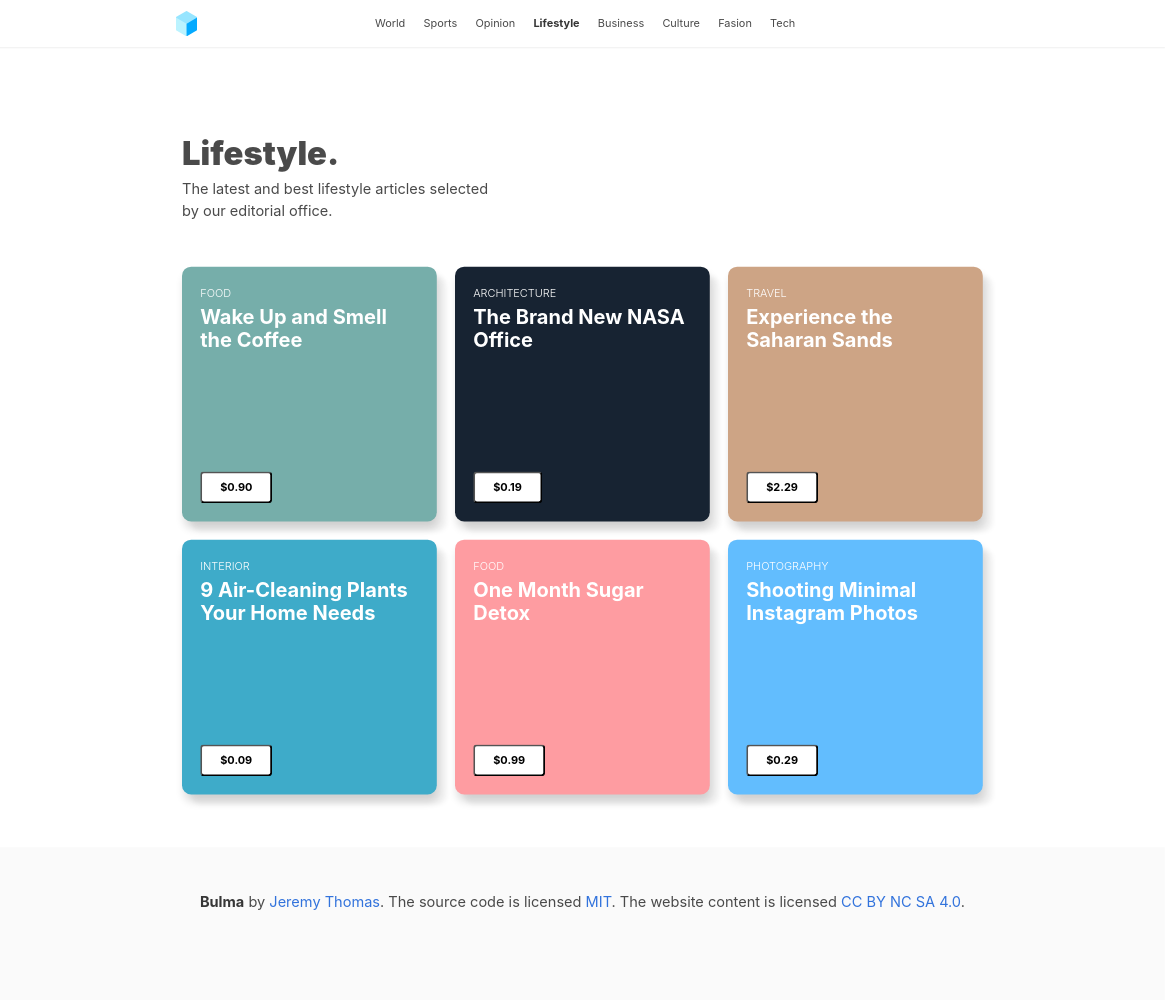
Repository: DOODpls/js_ass1
Page: index.html
These files come from the project's save history. The page is drawn as it stood at one moment and after a run of saves; the edit follows.
The browser window is 1280 px wide. The pictures show the whole page, at 91% of full size.

Above is the page before, as saved 2019-11-22 18:55:05.

### index.html
<!DOCTYPE html>
<html>
<head>
    <title></title>
    <link rel="stylesheet" href="https://cdnjs.cloudflare.com/ajax/libs/bulma/0.7.5/css/bulma.min.css" integrity="sha256-vK3UTo/8wHbaUn+dTQD0X6dzidqc5l7gczvH+Bnowwk=" crossorigin="anonymous" />
    <link rel="stylesheet" type="text/css" href="./styles.css">
</head>
<body>

    <nav class="navbar">
        <div class="container">
            <div class="logo"></div>
            <ul>
                <li>World</li>
                <li>Sports</li>
                <li>Opinion</li>
                <li><strong>Lifestyle</strong></li>
                <li>Business</li>
                <li>Culture</li>
                <li>Fasion</li>
                <li>Tech</li>
            </ul>
            <span class="icon">
              <i class="ion-ionic" style='color: black; background: black;'></i>
            </span>
        </div>
    </nav>

    <section class="section">
        <div class="container">
            <div style='margin: 40px 10px 40px'>
                <h1>Lifestyle.</h1>
                <p>The latest and best lifestyle articles selected<br/>
                    by our editorial office.
                </p>
            </div>
        </div>
        <div class="container">
            <div class='card-row' id='content'></div>
        </div>
    </section>

    <footer class="footer">
        <div class="content has-text-centered">
            <p>
                <strong>Bulma</strong> by <a href="https://jgthms.com">Jeremy Thomas</a>. The source code is licensed
                <a href="http://opensource.org/licenses/mit-license.php">MIT</a>. The website content
                is licensed <a href="http://creativecommons.org/licenses/by-nc-sa/4.0/">CC BY NC SA 4.0</a>.
            </p>
        </div>
    </footer>

    <script type="text/javascript" src='./app.js'></script>
</body>
</html>

### styles.css
/* - - - - - - - - - - - - - - - - - - - - - - - - - - - - - -
GENERAL
- - - - - - - - - - - - - - - - - - - - - - - - - - - - - - */
h1 {
    font-size: 36px;
    font-weight: 900;
}

.container {
    max-width: 900px;
}

/* - - - - - - - - - - - - - - - - - - - - - - - - - - - - - -
NAV
- - - - - - - - - - - - - - - - - - - - - - - - - - - - - - */
nav {
    border-bottom: 1px solid #ededed;
}

.navbar > .container {
    display: flex;
    align-items: center;
    justify-content: space-between;
}

nav .container ul {
    display: flex;
}

nav .container ul li {
    margin: 0 10px;
    font-size: 12px;
}

.logo {
    background: url('./img/logo.svg');
    background-size: 24px;
    background-position: center;
    background-repeat: no-repeat;

    height: 30px;
    width: 30px;
}

@media (max-width: 600px) {
    nav .container {
        padding: 0 30px;
    }

    nav .container ul {
        display: none;
    }
}

/* TILES */
.card-row {
    display: flex;
    flex-wrap: wrap;
}

.card {
    height: 280px;
    border-radius: 10px;
    background: rgba(23, 35, 50, 1);
    flex: 1 230px;
    margin: 10px;
    padding: 20px;
    position: relative;
    box-shadow: 2px 8px 9px 0px rgba(0, 0, 0, 0.14),
        11px 11px 6px rgba(0, 0, 0, 0.05);
}

.card .buy-button {
    position: absolute;
    bottom: 20px;
    left: 20px;
    background: white;
    color: black;
    border-radius: 4px;
    padding: 8px 20px;
    font-size: 12px;
    font-weight: 700;
}

.card .topic {
    color: white;
    font-weight: 300;
    font-size: 12px;
    text-transform: uppercase;
    margin-bottom: 5px;
}
.card .title {
    color: white;
    font-weight: 700;
    font-size: 22px;
}

### app.js
const green = 'rgba(118,174, 170, 1)'
const black = 'rgba(23,35, 50, 1)'
const brown = 'rgba(205,164, 133, 1)'
const greenblue = 'rgba(62,171, 201, 1)'
const pink = 'rgba(254,156, 161, 1)'
const blue = 'rgba(98,189, 254, 1)'

const data = [
    {
        topic: 'Food',
        title: 'Wake Up and Smell the Coffee',
        price: '$0.90',
        color: green
    },
    {
        topic: 'Architecture',
        title: 'The Brand New NASA Office',
        price: '$0.19',
        color: black
    },
    {
        topic: 'Travel',
        title: 'Experience the Saharan Sands',
        price: '$2.29',
        color: brown
    },
    {
        topic: 'Interior',
        title: '9 Air-Cleaning Plants Your Home Needs',
        price: '$0.09',
        color: greenblue
    },
    {
        topic: 'Food',
        title: 'One Month Sugar Detox',
        price: '$0.99',
        color: pink
    },
    {
        topic: 'Photography',
        title: 'Shooting Minimal Instagram Photos',
        price: '$0.29',
        color: blue
    }
]

// Instructions
// Take the data above and display it as tiles on the page
        //tried to do sort, but i suck
        // const button1 = document.querySelector('body section .container')
        // const btn1 = document.createElement('button')
        // btn1.className= 'buy-button'
        // btn1.id = "butt1"
        // button1.appendChild(btn1)

        // function sort1(){
        //     data.sort((a, b) => (a.topic > b.topic) ? 1 : -1)
        // }

        // const button2 = document.querySelector('#butt1')
        // button2.addEventListener('click', function(event) {
        //     sort1()
        // })

    // for(i=0; i<data.length; i++){
    //     let heig
    //     if(i % 2 == 0){
    //         heig = '500px'
    //     }

    //     const tilers = document.querySelector('#content')
    //     const divr = document.createElement('div')
    //     divr.className= 'card'
    //     divr.style.backgroundColor = data[i].color
    //     divr.style.flex = heig
    //     divr.id = 'divtile'+ i
    //     tilers.appendChild(divr)

    //     const p1 = document.querySelector('#divtile'+i)
    //     const pr1 = document.createElement('p')
    //     pr1.textContent = data[i].topic
    //     pr1.className= 'topic'
    //     p1.appendChild(pr1)

    //     const p2 = document.querySelector('#divtile'+i)
    //     const pr2 = document.createElement('p')
    //     pr2.textContent = data[i].title
    //     pr2.className= 'title'
    //     p2.appendChild(pr2)

    //     const btn1 = document.querySelector('#divtile'+i)
    //     const btr2 = document.createElement('button')
    //     btr2.textContent = data[i].price
    //     btr2.className= 'buy-button'
    //     btn1.appendChild(btr2)
    // }

    data.forEach(function(item)
    {
        var newnum = data.map*=(x => x + 1)
        const tilers = document.querySelector('#content')
        const divr = document.createElement('div')
        divr.className= 'card'
        divr.style.backgroundColor = item.color
        divr.id = 'divtile'
        tilers.appendChild(divr)

        const p1 = document.querySelector('#divtile')
        const pr1 = document.createElement('p')
        pr1.textContent = item.topic
        pr1.className= 'topic'
        divr.appendChild(pr1)

        const p2 = document.querySelector('#divtile')
        const pr2 = document.createElement('p')
        pr2.textContent = item.title
        pr2.className= 'title'
        divr.appendChild(pr2)

        const btr2 = document.createElement('button')
        btr2.textContent = item.price
        btr2.className= 'buy-button'
        divr.appendChild(btr2)
    })


    //this one also works lolllll
    // data.forEach(function(items)
    // {
    // //   document.getElementById('content').innerHTML += '<div class="card" style="background-color:'+items.color+'"><p class="topic">'+items.topic+'</p><p class="title">'+items.title+'</p><button class="buy-button">'+items.price+'</button></div>';
    // })

After the next 4 saves:
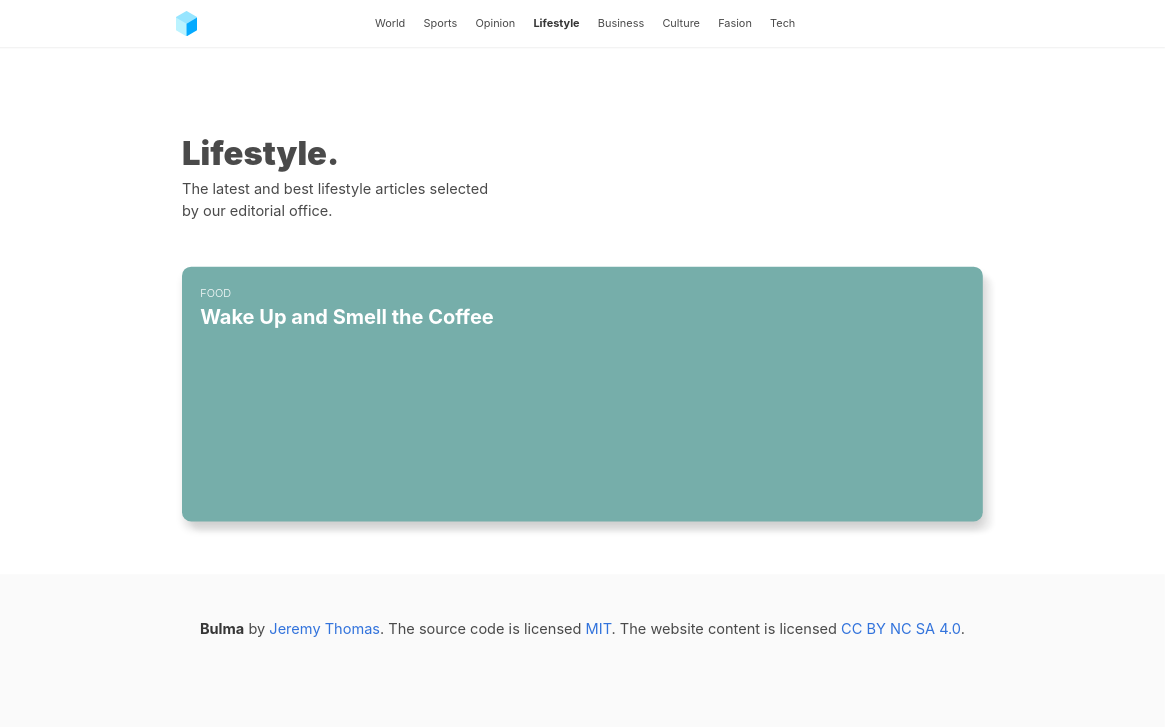
Console error: ReferenceError: btr2 is not defined
The 4 saves are shown as one change because they came seconds apart.
The last was saved 24 s later.
--- a/app.js
+++ b/app.js
@@ -105,19 +105,16 @@
         divr.id = 'divtile'
         tilers.appendChild(divr)
 
-        const p1 = document.querySelector('#divtile')
         const pr1 = document.createElement('p')
         pr1.textContent = item.topic
         pr1.className= 'topic'
         divr.appendChild(pr1)
 
-        const p2 = document.querySelector('#divtile')
         const pr2 = document.createElement('p')
         pr2.textContent = item.title
         pr2.className= 'title'
         divr.appendChild(pr2)
 
-        const btr2 = document.createElement('button')
         btr2.textContent = item.price
         btr2.className= 'buy-button'
         divr.appendChild(btr2)

After the save that followed:
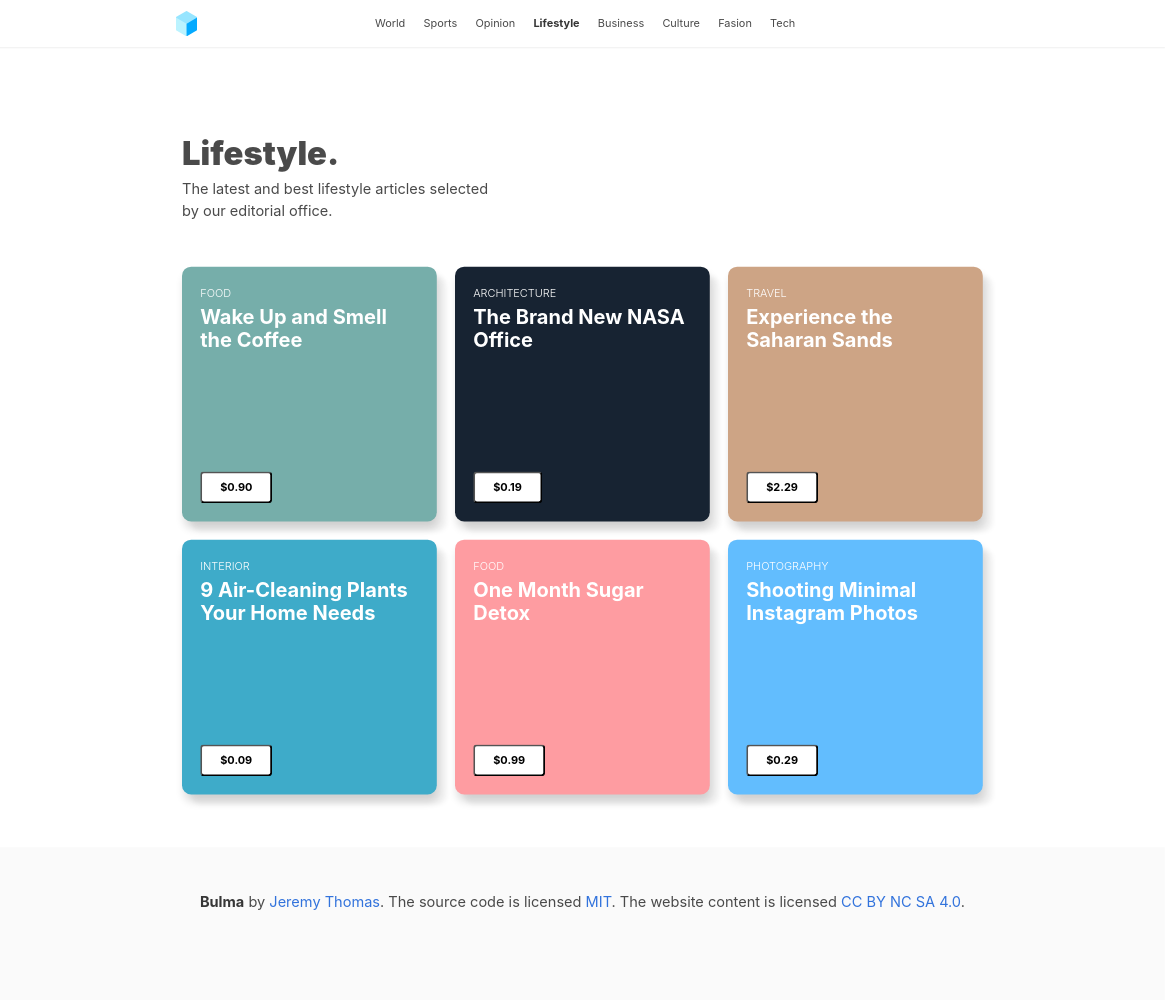
The error is gone.
Saved 4 s later.
--- a/app.js
+++ b/app.js
@@ -115,6 +115,7 @@
         pr2.className= 'title'
         divr.appendChild(pr2)
 
+        const btr2 = document.createElement('button')
         btr2.textContent = item.price
         btr2.className= 'buy-button'
         divr.appendChild(btr2)
